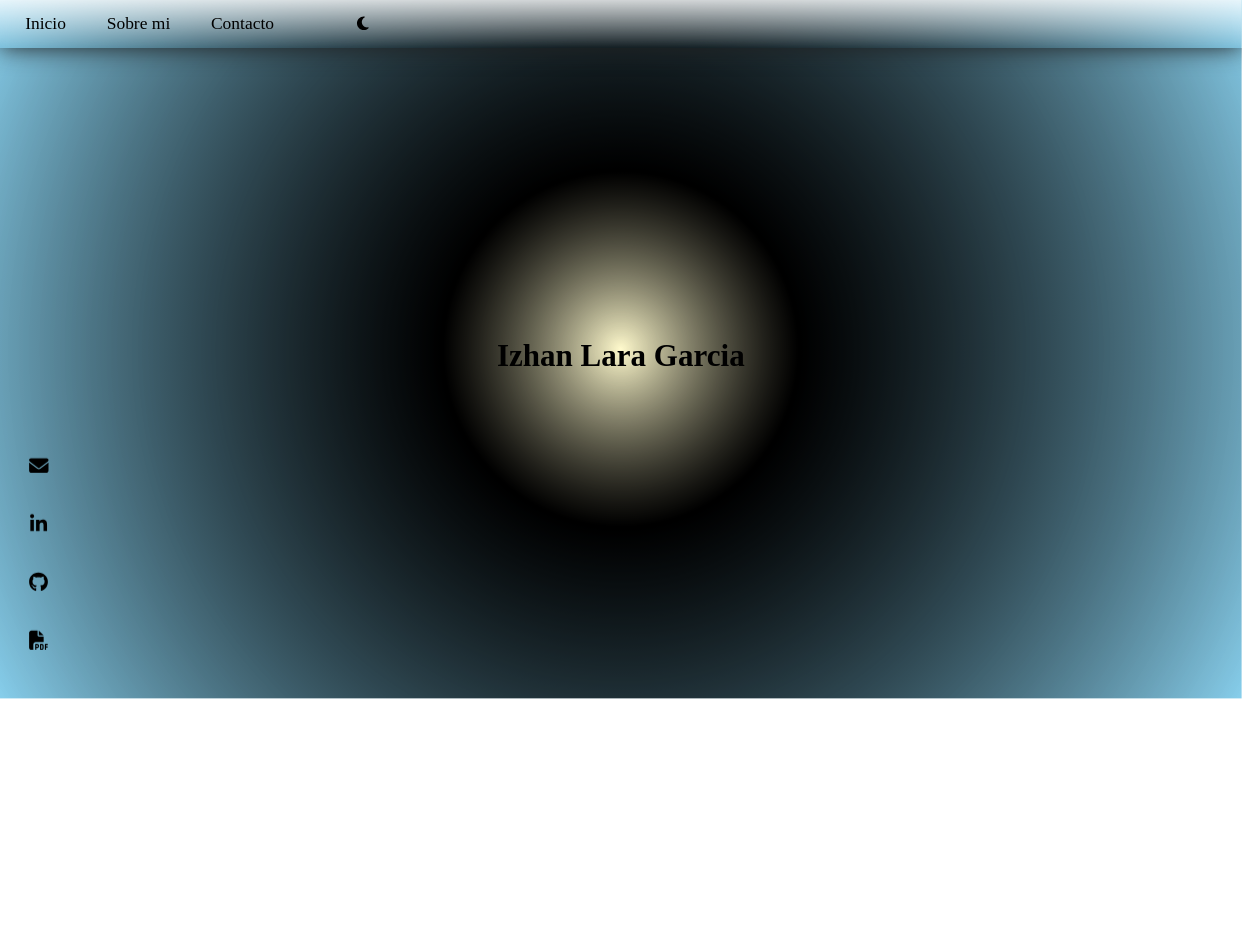
Repository: izhanlaraagarcia/izhanlaraagarcia.github.io
Page: / (app in vite-project/)
The author's editor kept a copy of each file at every save. The page is drawn from the files as they stood at one save, then again after the next save.
The browser window is 1280 px wide. The pictures show the whole page, at 97% of full size.
The project was rebuilt for these pictures with package versions that can differ from the ones it lists, and the page was loaded fresh each time. Also part of the build but not shown: vite-project/vite.config.js, vite-project/src/pages/About/styles/about.scss, vite-project/src/pages/About/about.jsx, vite-project/src/pages/Contact/contact.jsx.

Above is the page before, as saved 2024-08-19 14:27:47.

### vite-project/index.html
<!doctype html>
<html lang="en">
  <head>
    <meta charset="UTF-8" />
    <meta name="viewport" content="width=device-width, initial-scale=1.0" />
    <title>Izhan Lara Garcia</title>
  </head>
  <body>
    <div id="root"></div>
    <script type="module" src="/src/main.jsx"></script>
  </body>
</html>

### vite-project/src/App.jsx
import React from "react";
import { BrowserRouter as Router, Route, Routes } from "react-router-dom";
import Menu from "./Componentes-Generales/menu.jsx";
import Inicio from "./Home/Inicio.jsx";
import About from "./pages/About/about.jsx";
import Contact from "./pages/Contact/contact.jsx";
import { ThemeProvider } from "./Constants/themaContext.jsx";

import { library } from "@fortawesome/fontawesome-svg-core";
import { fas } from "@fortawesome/free-solid-svg-icons";

library.add(fas);

class App extends React.Component {
  render() {
    return (
      <ThemeProvider>
        <Router>
          <Menu />
          <Routes>
            <Route path="/" element={<Inicio />} />
            <Route path="/sobre-mi" element={<About />} />
            <Route path="/contacto" element={<Contact />} />
          </Routes>
        </Router>
      </ThemeProvider>
    );
  }
}

export default App;

### vite-project/src/index.css
/* :root {
  font-family: Inter, system-ui, Avenir, Helvetica, Arial, sans-serif;
  line-height: 1.5;
  font-weight: 400;

  color-scheme: light dark;
  color: rgba(255, 255, 255, 0.87);
  background-color: #242424;

  font-synthesis: none;
  text-rendering: optimizeLegibility;
  -webkit-font-smoothing: antialiased;
  -moz-osx-font-smoothing: grayscale;
}

a {
  font-weight: 500;
  color: #646cff;
  text-decoration: inherit;
}

a:hover {
  color: #535bf2;
}



h1 {
  font-size: 3.2em;
  line-height: 1.1;
}

button {
  border-radius: 8px;
  border: 1px solid transparent;
  padding: 0.6em 1.2em;
  font-size: 1em;
  font-weight: 500;
  font-family: inherit;
  background-color: #1a1a1a;
  cursor: pointer;
  transition: border-color 0.25s;
}

button:hover {
  border-color: #646cff;
}

button:focus,
button:focus-visible {
  outline: 4px auto -webkit-focus-ring-color;
}

@media (prefers-color-scheme: light) {
  :root {
    color: #213547;
    background-color: #ffffff;
  }

  a:hover {
    color: #747bff;
  }

  button {
    background-color: #f9f9f9;
  }
} */

body {
  right: 0;
  margin: 0%;
  width: 100%;
  margin-top: 20%;
  text-align: center;
  min-width: 320px;
  min-height: 100vh;

}

button {
  border-radius: 8px;
  border: 1px solid transparent;
  padding: 0.6em 1.2em;
  font-size: 1em;
  font-weight: 500;
  font-family: inherit;
  background-color: #1a1a1a;
  cursor: pointer;
  transition: border-color 0.25s;
}

### vite-project/src/Componentes-Generales/menu.jsx
import React from "react";
import { Link } from "react-router-dom";
import "./styles/menu.scss";
import TemaComponent from "./thema";
import { useTheme } from "../Constants/themaContext";

// import { LANGUAGES } from "../Constants/lenguaje";

const Menu = () => {
  const { dark } = useTheme();
  return (
    <header>
      <nav className={`menu ${dark ? 'dark-mode' : 'light-mode'}`}>
        <ul>
          <li>
            <Link to="/">Inicio</Link>
            <i className="fas fa-address-card" aria-hidden="true"></i>
          </li>
          <li>
            <Link to="/sobre-mi">Sobre mi</Link>
          </li>
          <li>
            <Link to="/contacto">Contacto</Link>
          </li>
          <li>
            <TemaComponent />
          </li>
        </ul>
      </nav>
    </header>
  );
};

export default Menu;

### vite-project/src/Home/Inicio.jsx
import React from "react";
import "./Styles/estilos.scss";
import Background from "../Componentes-Generales/background";

import SocialMedia from '../Componentes-Generales/social';


const Inicio = () => {
  return (
    <div className="portfolio">
      <header>
        <h1>Izhan Lara Garcia</h1>
      </header>
      <div className="social-media-container">
        <SocialMedia/>
      </div>
      <Background/>
    </div>
  );
};

export default Inicio;

### vite-project/src/Constants/themaContext.jsx
import React, { createContext, useState, useContext } from "react";

const ThemeContext = createContext();

export const useTheme = () => useContext(ThemeContext);

export const ThemeProvider = ({ children }) => {
  const [dark, setDark] = useState(false);

  const toggleTheme = () => {
    setDark((prevDark) => !prevDark);
  };

  return (
    <ThemeContext.Provider value={{ dark, toggleTheme }}>
      {children}
    </ThemeContext.Provider>
  );
};

### vite-project/src/Componentes-Generales/styles/menu.scss
/* src/Componentes-Generales/styles/menu.css */

nav {
  top: 0;
  right: 0;
  margin: 0;
  padding: 0;
  position: fixed;
  width: 100%;
  background: linear-gradient(to bottom, rgba(255, 255, 255, 0.8), rgba(255, 255, 255, 0)) no-repeat;
  backdrop-filter: blur(5px);
  box-shadow: 0px 0px 25px #222;
  z-index: 10;

}

nav ul {
  list-style-type: none;
  padding: 0;
  margin: 0;
  display: flex;
  align-items: center;
}

nav li {
  margin-left: 10px;
}

nav a {
  display: flex;
  align-items: center;
  text-align: center;
  padding: 14px 16px;
  text-decoration: none;
  font-size: 18px;
  color: inherit;
  position: relative;
  overflow: hidden;
  transition: color 0.3s;
}

nav a:hover {
  color: #00aaff;
}

.fa-icon {
  margin-left: 8px;
}

.light-mode {
  color: black;
}

.dark-mode {
  color: white;
}

body {
  transition: background-color 0.5s, color 0.5s;
}

#tema {
  margin-left: 10px;
}

### vite-project/src/Componentes-Generales/thema.jsx
// TemaComponent.jsx
import React from "react";
import { FontAwesomeIcon } from "@fortawesome/react-fontawesome";
import { faSun, faMoon } from "@fortawesome/free-solid-svg-icons";
import { useTheme } from "../Constants/themaContext"; // Asegúrate de importar correctamente

const TemaComponent = () => {
  const { dark, toggleTheme } = useTheme();

  const handleClick = () => {
    toggleTheme();
    if (dark) {
      document.body.style.backgroundColor = "white";
      document.body.classList.remove("dark-mode");
      document.body.classList.add("light-mode");
    } else {
      document.body.style.backgroundColor = "black";
      document.body.classList.remove("light-mode");
      document.body.classList.add("dark-mode");
    }
  };

  return (
    <button
      id="tema"
      style={{
        cursor: "pointer",
        background: "none",
        border: "none",
        outline: "none",
        marginLeft: "80%",
      }}
      onClick={handleClick}
      aria-label={dark ? "Cambiar al modo claro" : "Cambiar al modo oscuro"}
    >
      <FontAwesomeIcon
        icon={dark ? faSun : faMoon}
        style={{ color: dark ? "white" : "inherit" }}
      />
    </button>
  );
};

export default TemaComponent;

### vite-project/src/Home/Styles/estilos.scss
h1 {
  text-align: center;
}

h1 {
  position: absolute;
  top: 48%;
  left: 50%;
  transform: translate(-50%, -50%);
  text-align: center;
}

### vite-project/src/Componentes-Generales/background.jsx
import React from "react";
import "./styles/background.scss";

class Background extends React.Component {
  render() {
    return (
      <div></div>
    );
  }
}

export default Background;

### vite-project/src/Componentes-Generales/social.jsx
import React from 'react';
import "./styles/social.scss";
import { FontAwesomeIcon } from '@fortawesome/react-fontawesome';
import { faEnvelope, faFilePdf } from '@fortawesome/free-solid-svg-icons';
import { faLinkedinIn, faGithub } from '@fortawesome/free-brands-svg-icons';

const SocialMedia = () => {
  return (
    <div className="social-media-container">
      <ul>
        <li>
          <a href="mailto:izhanlaragarcia@gmail.com" target="_blank" rel="noopener noreferrer">
            <FontAwesomeIcon icon={faEnvelope} size="lg" />
          </a>
        </li>
        <li>
          <a href="https://www.linkedin.com/in/izhan-lara-garcia/" target="_blank" rel="noopener noreferrer">
            <FontAwesomeIcon icon={faLinkedinIn} size="lg" />
          </a>
        </li>
        <li>
          <a href="https://github.com/izhanlaraagarcia" target="_blank" rel="noopener noreferrer">
            <FontAwesomeIcon icon={faGithub} size="lg" />
          </a>
        </li>
        <li>
          <a href="/IzhanLaraGarcia.pdf" target="_blank" rel="noopener noreferrer">
            <FontAwesomeIcon icon={faFilePdf} size="lg" />
          </a>
        </li>
      </ul>
    </div>
  );
};

export default SocialMedia;

### vite-project/src/Componentes-Generales/styles/background.scss
html, body { height: 100%; }

body {
    background: radial-gradient(circle, lemonchiffon, black 25%, skyblue);
    background-repeat: no-repeat;
    background-size: cover;
    height: 100vh;
    margin:  0;
}

body:after {
    content: '';
    position: absolute;
    top: 0; right: 0; left: 0; bottom: 0;
    background: radial-gradient(circle, transparent, black 25%, transparent);
    animation: color 1.5s infinite ease-out alternate;
    opacity: 0;
}

@keyframes color {
    0% {  background: radial-gradient(circle, transparent, black 25%, transparent); }
    100% { opacity: 1; }
}

### vite-project/src/Componentes-Generales/styles/social.scss
.social-media-container {
  position: absolute;
  bottom: 0;
  left: 0;
  padding: 20px;
  z-index: 10; /* Asegúrate de que el contenedor esté por encima de otros elementos */

  ul {
    list-style: none;
    padding: 0;
    margin: 0;
    text-align: left;
  }

  li {
    margin-bottom: 20px;
  }

  a {
    color: black;
    text-decoration: none;
    display: inline-flex; /* Asegura que el área del enlace cubra el icono */
    align-items: center;
    width: 40px; /* Ajusta según sea necesario */
    height: 40px; /* Ajusta según sea necesario */
    justify-content: center;
    cursor: pointer;

    &:hover {
      color: #fffefe;
    }
  }

  .fa-icon, .fa {
    font-size: 30px;
    margin-right: 10px;
  }
}

Loaded but not shown: vite-project/src/main.jsx (common file)

After the next save:
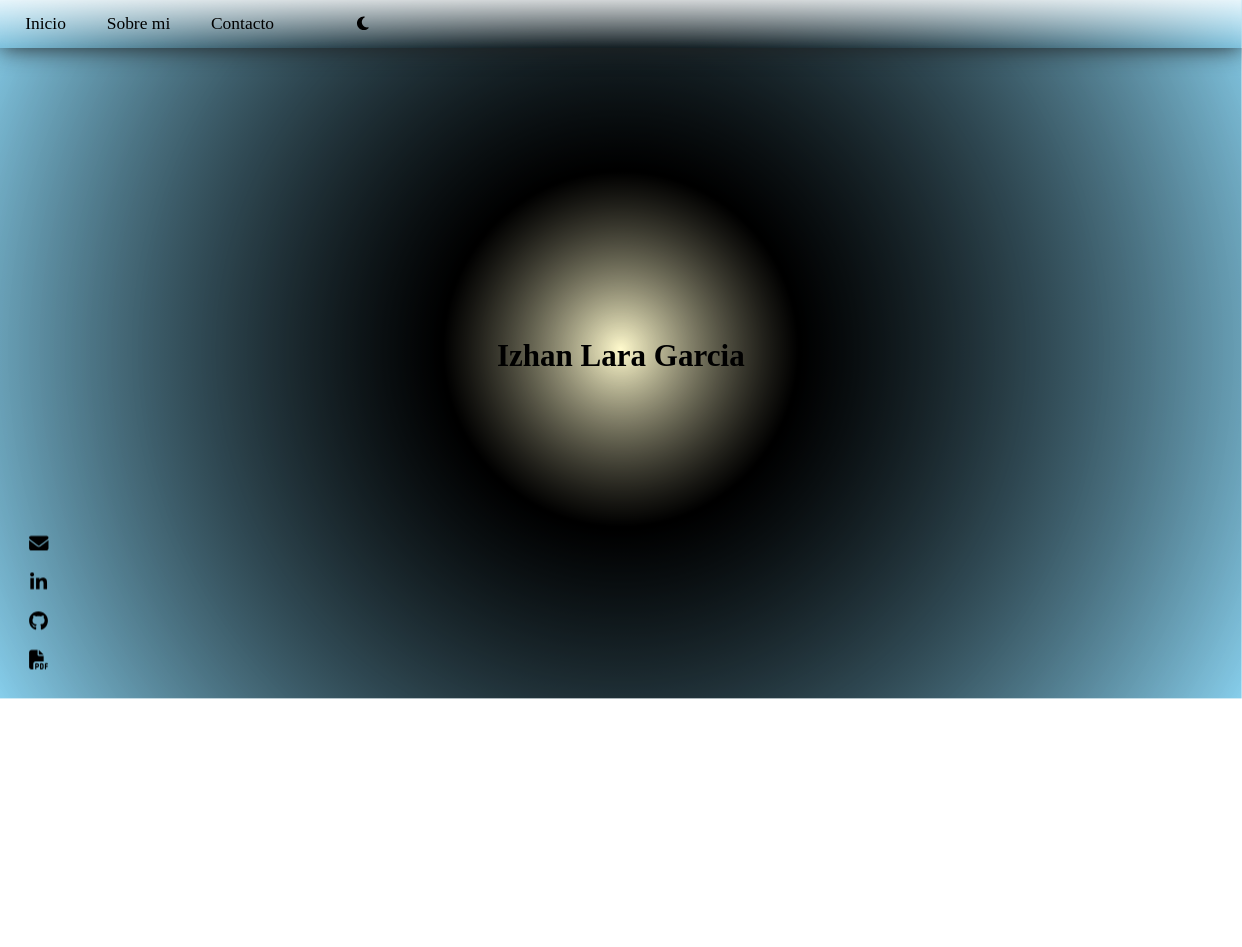
Saved 5 s later.
--- a/vite-project/src/Componentes-Generales/styles/social.scss
+++ b/vite-project/src/Componentes-Generales/styles/social.scss
@@ -13,7 +13,7 @@
   }
 
   li {
-    margin-bottom: 20px;
+    // margin-bottom: 20px;
   }
 
   a {
